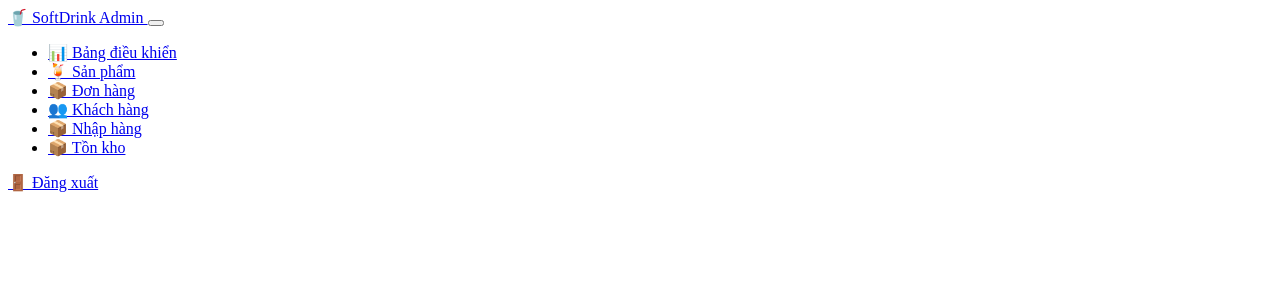
Repository: cu-dat/web2_softdrink
Page: http://localhost/web2_softdrink/admin/includes/navbar.php
An editor plug-in stored every save of this project. The page is shown before and after a run of saves, followed by the edit.
The browser window is 1280 px wide. The pictures show the whole page.
The page is run by PHP 8.4 with error messages shown; the project is at /var/www/html/.

Above is the page before, as saved 2026-03-31 18:34:21.

### admin/includes/navbar.php
<?php $currentPage = basename($_SERVER['PHP_SELF']); ?>
<nav class="navbar navbar-expand-lg navbar-dark bg-dark shadow">
    <div class="container-fluid">

        <!-- Logo -->
        <a class="navbar-brand fw-bold" href="/web2_softdrink/admin/index.php">
            🥤 SoftDrink Admin
        </a>

        <!-- nút menu mobile -->
        <button class="navbar-toggler" type="button" data-bs-toggle="collapse" data-bs-target="#navbarMenu">
            <span class="navbar-toggler-icon"></span>
        </button>

        <!-- Menu -->
        <div class="collapse navbar-collapse" id="navbarMenu">

            <ul class="navbar-nav me-auto mb-2 mb-lg-0">

                <!-- Dashboard -->
                <li class="nav-item">
                    <a class="nav-link <?php echo $currentPage == 'index.php' ? 'active' : ''; ?>"
                        href="/web2_softdrink/admin/index.php">
                        📊 Bảng điều khiển
                    </a>
                </li>

                <!-- Products -->
                <li class="nav-item">
                    <a class="nav-link <?php echo in_array($currentPage, ['product.php', 'product_add.php', 'product_edit.php']) ? 'active' : ''; ?>"
                        href="/web2_softdrink/admin/products/product.php">
                        🍹 Sản phẩm
                    </a>
                </li>

                <!-- Orders -->
                <li class="nav-item">
                    <a class="nav-link <?php echo in_array($currentPage, ['orders.php', 'order_detail.php']) ? 'active' : ''; ?>"
                        href="/web2_softdrink/admin/orders/orders.php">
                        📦 Đơn hàng
                    </a>
                </li>

                <!-- Customers -->
                <li class="nav-item">
                    <a class="nav-link <?php echo $currentPage == 'customer_list.php' ? 'active' : ''; ?>"
                        href="/web2_softdrink/admin/customers/customer_list.php">
                        👥 Khách hàng
                    </a>
                </li>
                <li class="nav-item">
                    <a class="nav-link <?php echo $currentPage == 'import.php' ? 'active' : ''; ?>"
                        href="/web2_softdrink/admin/imports/import.php">
                        📦 Nhập hàng
                    </a>
                </li>
                <li class="nav-item">
                    <a class="nav-link" href="/web2_softdrink/admin/report/stock_check.php">📦 Tồn kho</a>
                </li>
            </ul>
            <!-- Logout -->
            <a href="/web2_softdrink/admin/logout.php" class="btn btn-danger">
                🚪 Đăng xuất
            </a>
        </div>
    </div>
</nav>

After the next 2 saves:
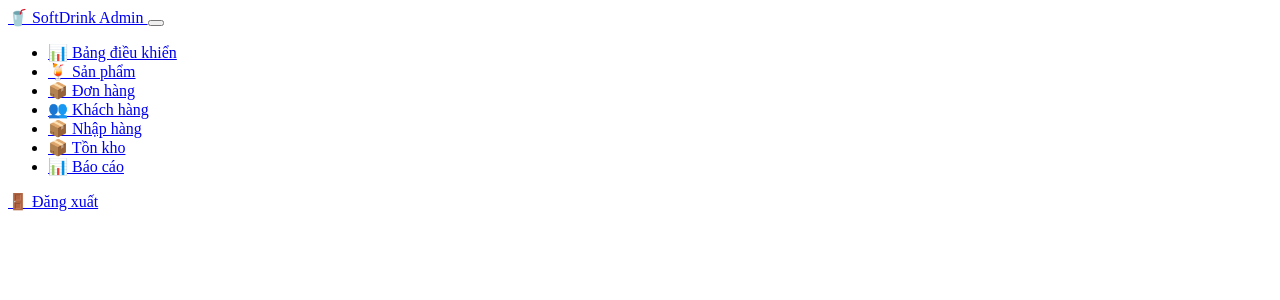
The 2 saves are shown as one change because they came seconds apart.
The last was saved 49 s later.
--- a/admin/includes/navbar.php
+++ b/admin/includes/navbar.php
@@ -57,6 +57,9 @@
                 <li class="nav-item">
                     <a class="nav-link" href="/web2_softdrink/admin/report/stock_check.php">📦 Tồn kho</a>
                 </li>
+                <li class="nav-item">
+                    <a class="nav-link" href="/web2_softdrink/admin/report/report_import_export.php">📊 Báo cáo</a>
+                </li>
             </ul>
             <!-- Logout -->
             <a href="/web2_softdrink/admin/logout.php" class="btn btn-danger">
